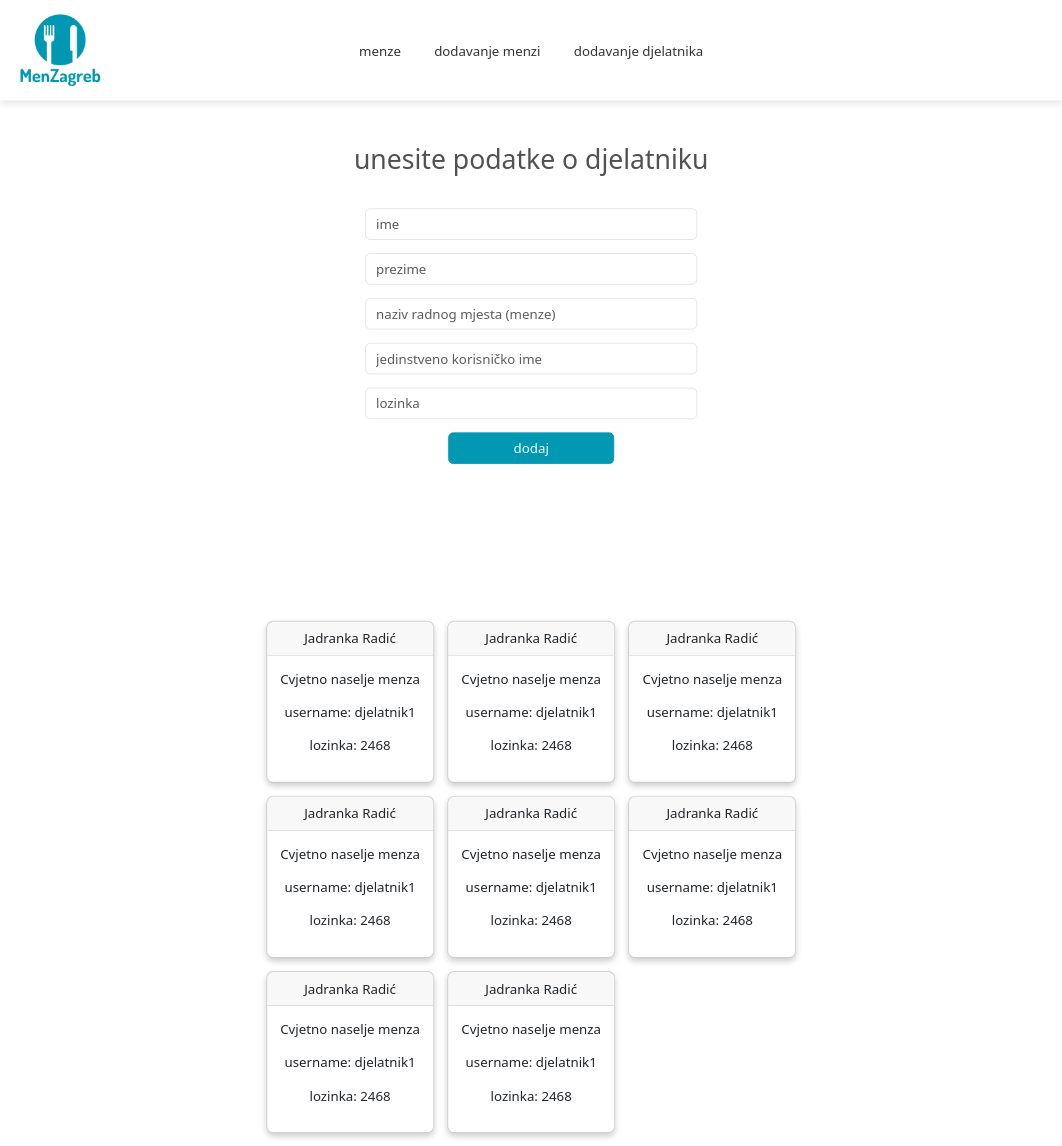
Repository: MENZG/menZg
Page: /admin/dodajDjelatnika (app in IzvorniKod/)
The author's editor kept a copy of each file at every save. The page is drawn from the files as they stood at one save, then again after the next save.
The browser window is 1280 px wide. The pictures show the whole page, at 83% of full size.
The project was rebuilt for these pictures with package versions that can differ from the ones it lists, and the page was loaded fresh each time. Also part of the build but not shown: IzvorniKod/vite.config.ts, IzvorniKod/src/Components/LoginForm.tsx, IzvorniKod/src/Components/AdminLogin.tsx, IzvorniKod/src/Components/EmployeeLogin.tsx, IzvorniKod/src/Components/NavBar.tsx, IzvorniKod/src/Components/ListaMenza.tsx, IzvorniKod/src/Components/Profil.tsx, IzvorniKod/src/Components/AddMenza.tsx and 5 more.

Above is the page before, as saved 2024-11-07 14:15:54.

After the next save:
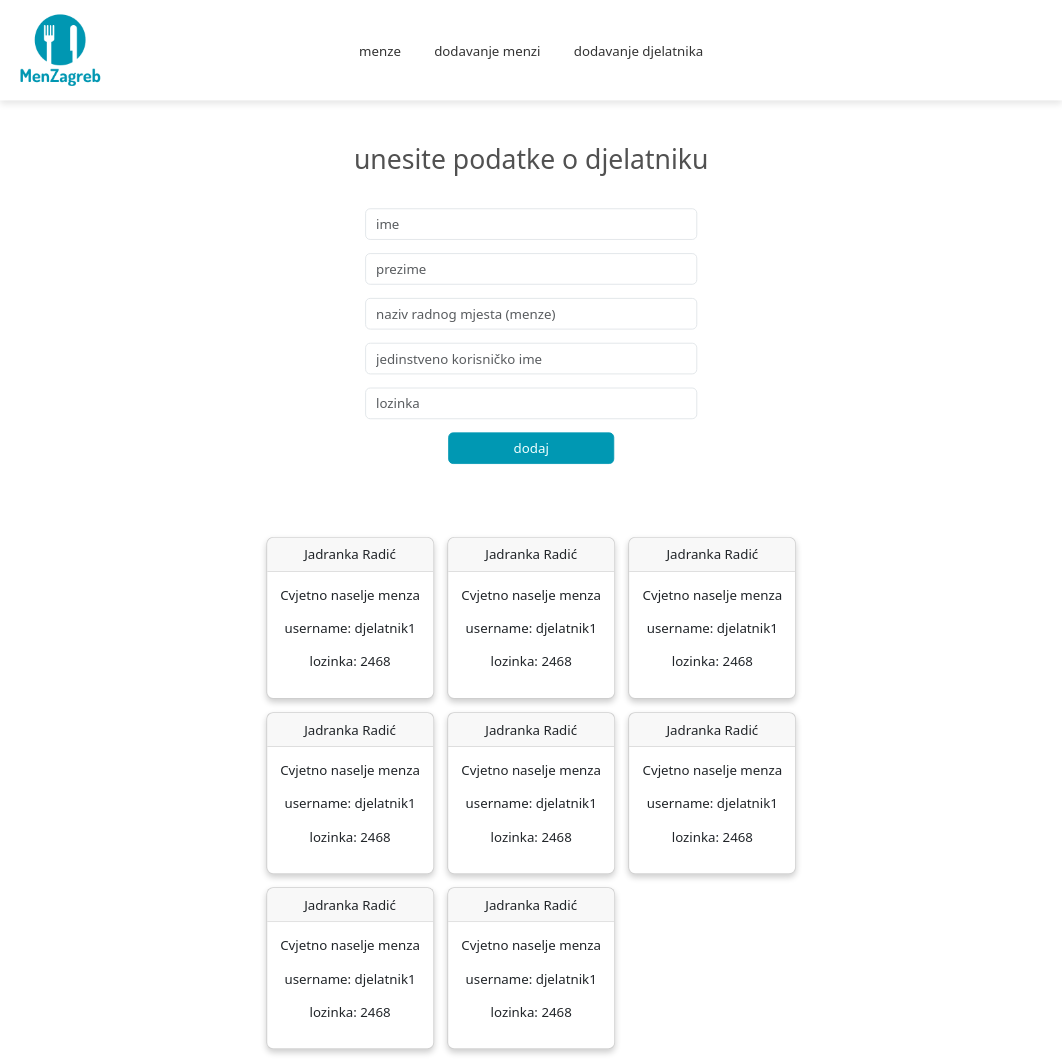
Saved 11 s later.
--- a/IzvorniKod/src/Components/ListaEmployees.tsx
+++ b/IzvorniKod/src/Components/ListaEmployees.tsx
@@ -2,7 +2,7 @@ import "/src/styles/ListaEmployees.css";
 
 const ListaEmployees = () => {
   return (
-    <div className="card-container">
+    <div className="card-container-employees">
       <div className="card">
         <div className="card-header">Jadranka Radić</div>
         <div className="card-body">
